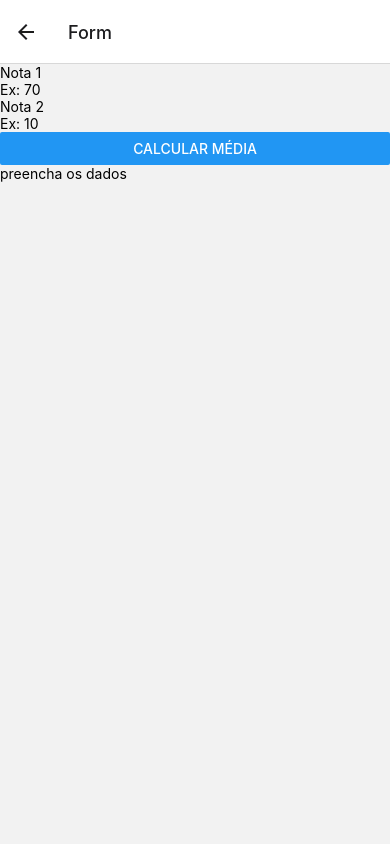
Repository: DS151-UFPR-2023/DS151_Israel-De-Quadros_EX4
Screen: /Form
These files come from the project's save history. The screen is drawn as it stood at one moment and after the next save; the edit follows.
The app was drawn by React Native's web renderer in a window 390 px wide. The project was rebuilt for these pictures with package versions that can differ from the ones it lists, and the page was loaded fresh each time. Also part of the build but not shown: src/components/title/index.js, src/components/main/index.js, src/components/novoComponente/index.js, src/components/counterScreen.js, src/components/ColorList.js.

Above is the screen before, as saved 2023-09-08 18:20:27.

### App.js
import { StatusBar } from 'expo-status-bar';
import { StyleSheet, Text, View } from 'react-native';
import Title from './src/components/title';
import Main from './src/components/main';
import Home2 from './src/components/novoComponente';
import { NavigationContainer } from '@react-navigation/native';
import { createStackNavigator } from '@react-navigation/stack';
import HomeScreen from './src/HomeScreen';
import CounterScreen from './src/components/counterScreen';
import Form from './src/components/form';
import ColorList from './src/components/ColorList';

const Stack = createStackNavigator();

export default function App() {
  return (
    <NavigationContainer>
      <Stack.Navigator>
        <Stack.Screen name="Home" component={HomeScreen} />
        <Stack.Screen name="Home2" component={Home2} />
        <Stack.Screen name="CounterScreen" component={CounterScreen} />
        <Stack.Screen name="Form" component={Form} />
        <Stack.Screen name="ColorList" component={ColorList} />
      </Stack.Navigator>
    </NavigationContainer>
  );
}

const styles = StyleSheet.create({
  container: {
    flex: 1,
    backgroundColor: '#999',
    alignItems: 'center',
    justifyContent: 'center',
  },
});

### src/HomeScreen.js
import React from "react";
import { View, Text, StyleSheet, Button } from 'react-native';

function HomeScreen({ navigation }) {
    return (
        <View style={style.mainView}>
            <Text>Home Screen</Text>
            <Button title="Ir para Galeria!"
                onPress={() => navigation.navigate('Home2')}
            />
            <Button title="Ir para Counter!"
                onPress={() => navigation.navigate('CounterScreen')}
            />
            <Button title="Ir para Form!"
                onPress={() => navigation.navigate('Form')}
            />
            <Button title="Ir para ColorList!"
                onPress={() => navigation.navigate('ColorList')}
            />
        </View>
    )
}

export default HomeScreen;

const style = StyleSheet.create({
    mainView: {
        flex: 1,
        alignItems: 'center',
        justifyContent: 'center'
    }
})

### src/components/form/index.js
import { View, Text, TextInput, Button } from "react-native";
import React, { useState } from "react";
import ResultMedia from "../result";

export default function Form() {

    const [media1, setmedia1] = useState(null)
    const [media2, setmedia2] = useState(null)
    const [messagemedia, setMessagemedia] = useState("preencha os dados")
    const [media, setmedia] = useState(null)
    const [textButton, setTextButton] = useState("Calcular")

    function validationmedia() {
        if (media2 != null && media1 != null) {
            mediaCalculator()
            setMessagemedia("seu media eh igual: " +  media + "\nTem que clicar duas vezes\npra atualizar a mensagem hehe")
            setTextButton("Calcular Novamente")
            return
        }
        setmedia(null)
        setTextButton("Calcular")
        setMessagemedia("preencha os dados")
    }

    function mediaCalculator() {
        setMessagemedia("seu media eh igual: " + media)
        return setmedia(((parseFloat(media1) + parseFloat(media2))/2))
    }


    return (
        //conteudo do formulario
        <View>
            <View>
                <Text>Nota 1</Text>
                <TextInput onChangeText={setmedia1} value={media1} placeholder="Ex: 70" keyboardType="numeric"></TextInput>
                <Text>Nota 2</Text>
                <TextInput onChangeText={setmedia2} value={media2}  placeholder="Ex: 10" keyboardType="numeric"></TextInput>
                <Button onPress={() => validationmedia()} title="Calcular Média" />
                <ResultMedia messageResultmedia={messagemedia} resultmedia={media}></ResultMedia>
            </View>
        </View>
    );
}

### src/components/result/index.js
import { View, Text} from "react-native";
import React, { useState } from "react";

export default function ResultMedia(props) {
    return (
        <View>
            <Text>{props.resultmedia}</Text>
            <Text>{props.messageResultmedia}</Text>
        </View>
    );
}

### src/components/style.js
import { StyleSheet } from "react-native";

const styles = StyleSheet.create({
    boxTitle: {
        alignItems:"center",
        justifyContent:"center",
        padding:10,
    },
    textTitle: {
        color: "FF0043",
        fontSize:24,
        fontWeight:"bold",
    }

});

export default styles;

After the next save:
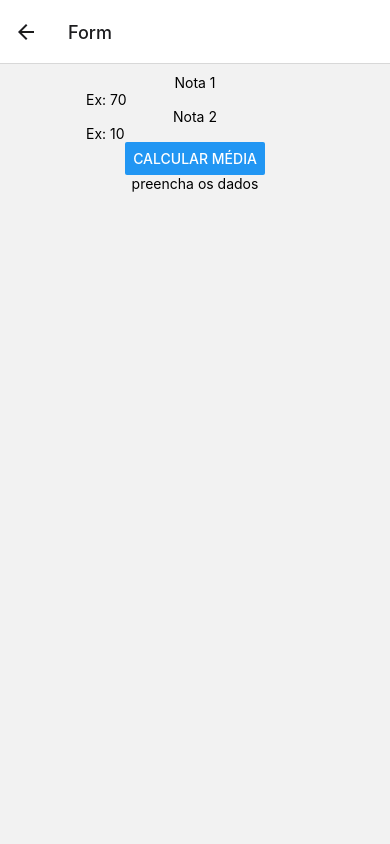
Saved 68 s later.
--- a/src/components/form/index.js
+++ b/src/components/form/index.js
@@ -1,6 +1,8 @@
 import { View, Text, TextInput, Button } from "react-native";
 import React, { useState } from "react";
 import ResultMedia from "../result";
+import styles from "../style";
+
 
 export default function Form() {
 
@@ -31,7 +33,7 @@ export default function Form() {
     return (
         //conteudo do formulario
         <View>
-            <View>
+            <View style={styles.boxTitle}>
                 <Text>Nota 1</Text>
                 <TextInput onChangeText={setmedia1} value={media1} placeholder="Ex: 70" keyboardType="numeric"></TextInput>
                 <Text>Nota 2</Text>
